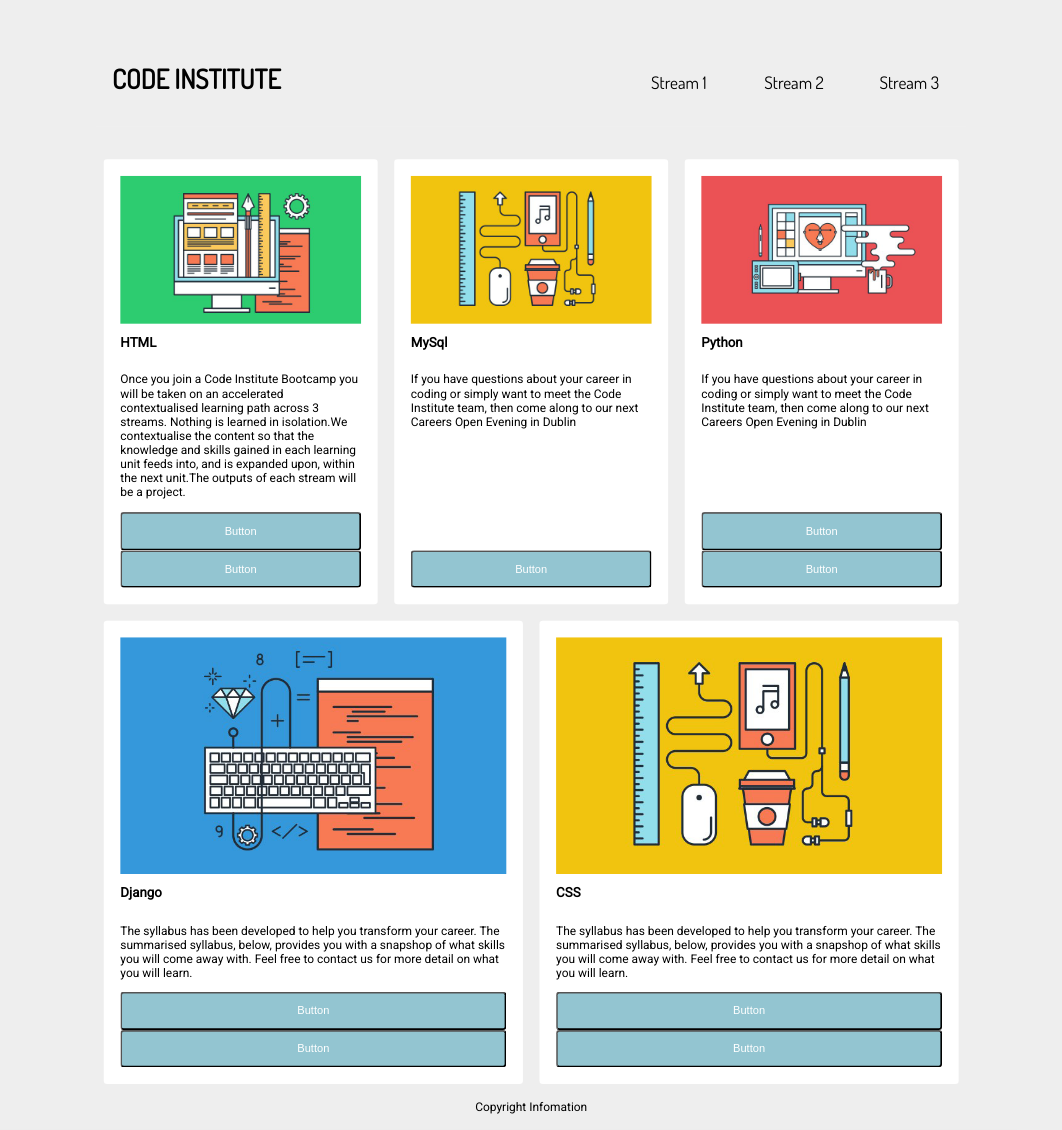
Repository: SOliv1/jquery-events
Page: index.html
The author's editor kept a record of every edit. The page is drawn from the files as they stood at one moment, then again after the next edit.
The browser window is 1280 px wide. The pictures show the whole page, at 83% of full size.
Some web libraries are served in a nearby version.

Above is the page before.

### index.html
<!DOCTYPE html>
<html lang="en">
<head>
    <meta charset="UTF-8">
    <meta name="viewport" content="width=device-width, initial-scale=1">
    <title>jQuery</title>
    <link href="style.css" rel="stylesheet">
    <link href='https://fonts.googleapis.com/css?family=Roboto' rel='stylesheet' type='text/css'>
    <link href='https://fonts.googleapis.com/css?family=Dosis' rel='stylesheet' type='text/css'>
    </head>
<body>
    <div id="container">
        <nav>
            <ul>
                <li id="logoNav">CODE INSTITUTE</li>
                <li id="stream1_btn">Stream 1</li>
                <li id="stream2_btn">Stream 2</li>
                <li id="stream3_btn">Stream 3</li>
            </ul>
        </nav>
        <div class="card stream1">
            <img class="card_image" src="img/3.png" alt="coding icon">
            <div class="card_bottom">
                <h2 class="card_head">HTML</h2>
                <p class="card_para">Once you join a Code Institute Bootcamp you will be taken on an accelerated contextualised learning path across 3 streams. Nothing is learned in isolation.We contextualise the content so that the knowledge and skills gained in each learning
                    unit feeds into, and is expanded upon, within the next unit.The outputs of each stream will be a project. </p>
                <button class="bottom_button">Button</>
                <button class="bottom_button" id="button_effects1">Button</button>
            </div>
        </div>
        <div class="card stream3">
            <img class="card_image" src="img/1.png" alt="coding icon">
            <h2 class="card_head">MySql</h2>
            <p class="card_para">If you have questions about your career in coding or simply want to meet the Code Institute team, then come along to our next Careers Open Evening in Dublin</p>
            <button class="bottom_button">Button</>
            </div>
        <div class="card stream2">
            <img class="card_image" src="img/2.png" alt="coding icon">
            <h2 class="card_head">Python</h2>
            <p class="card_para">If you have questions about your career in coding or simply want to meet the Code Institute team, then come along to our next Careers Open Evening in Dublin</p>
            <button class="bottom_button">Button</>
            <button class="bottom_button" id="button_effects1">Button</button>
        </div>
        <div class="card stream3">
            <img class="card_image" src="img/4.png" alt="coding icon">
            <h2 class="card_head">Django</h2>
            <p class="card_para">The syllabus has been developed to help you transform your career. The summarised syllabus, below, provides you with a snapshop of what skills you will come away with. Feel free to contact us for more detail on what you will learn.</p>
            <button class="bottom_button">Button</>
            <button class="bottom_button" id="button_effects1">Button</button>
        </div>
        <div class="card stream1">
            <img class="card_image" src="img/1.png" alt="coding icon">
            <h2 class="card_head">CSS</h2>
            <p class="card_para">The syllabus has been developed to help you transform your career. The summarised syllabus, below, provides you with a snapshop of what skills you will come away with. Feel free to contact us for more detail on what you will learn.</p>
            <button class="bottom_button">Button</>
             <button class="bottom_button" id="button_effects1">Button</button>
        </div>
        <div id="my_footer">
            <p id="copyright">Copyright Infomation</p>
        </div>
    </div>
    <script src="https://code.jquery.com/jquery-3.2.1.js" integrity="sha256-DZAnKJ/6XZ9si04Hgrsxu/8s717jcIzLy3oi35EouyE=" crossorigin="anonymous"></script>
    <script src="script.js"></script>
    <!-- Scripts located at the bottom of the body to insure page is fully loaded before execution -->
</body>
</html>

### style.css
body {
	font-family: 'Roboto', sans-serif;
	/*background-image: url(img/code-institute.jpg);
 	background-size: cover;
 	color: #ffffff;*/
 	background-color: #eee;

}

h1{
	font-size: 3em;
	text-align: center;
}

h2 {
	font-size: 1em;
	text-align: left;

}



p {
	font-size: .9rem;
}



div {
	border-radius: 4px;
}

.card_image {
	width: 100%;

}

.bottom_button {
	display: flex;
	box-sizing:border-box;
	border-radius: 4px;
	display: block;
	width: 100%;
	background-color:rgba(129, 187, 201,.85);
	text-align: center;
	padding: 1em .75em;
	text-decoration: none;
	color: #fff;

}

.card_bottom {
	display: flex;
	flex-flow:column;
}

.card_head {
	flex:0;
}



.card_para {

	flex:1 0 auto;

}

#container {
	display: flex;		/* makes container a flexbox*/
	flex-flow: row wrap; 	/* layout the boxes in rows and wrap them*/
	box-sizing:border-box;
	margin-right:auto;
	margin-left:auto;
	max-width:1050px;
}

#logo {
	width: 800px;
	margin: auto;
}



.card {

	flex:1; /* */

	display: flex;	/* make the contents controllable by flexbox*/
	flex-flow:column;	/* */
	min-width: 240px; /**/
	margin: 10px;
	padding: 20px;
	background-color: #fff;
}

.highlight_stream {
	background-color: #EB5255;
}

#my_footer {
	width:100%;
	text-align: center;
}



#copyright {
	margin-top:10px;
	margin-bottom:10px;

}

/*************************

Navigation

**************************/

nav {

	font-family: roboto;
	background-color: #eee;
	margin: 30px auto;
	width: 100%;
}

ul {

	display: flex;

	justify-content:space-between;

	flex-flow: row;

	/*flex-flow: row-reverse;*/
	/*justify-content:flex-end;*/
	/*justify-content:space-around;*/
	/*align-items:flex-start;*/
	align-items:baseline;
	border-radius: 10px;
	list-style-type: none; /*Remove Bullets*/
	padding: 0;

}

li {
	flex:1;
	height: 30px;
	/*width:10%;*/
	/*border:2px solid #000;*/
	/*background-color: #81BBC9;*/
	/*border-radius: 10px;*/
	font-family: Dosis;
	padding:20px 20px 20px 20px;
	text-align: center;
	font-size: 1.3em;
}

#logoNav {
	flex:6;
	text-align: left;
	font-size: 2em;
	font-weight: bold;
}

.underline {
    text-decoration:underline;

}



.border {

    border: solid 5px #ccc;

}

@media screen and (max-width: 700px) {
	ul {
		flex-flow: column;
		align-items:center;
    }
	li {
		font-size: 2em;
	}

}

### script.js
$(document).ready(function() {
    -$("#stream1_btn").on("click", function() {
        $(".stream1").show();
        $(".stream1").show(1000);
        $("#button_effects1").click(function(){
        $('#button_effects1').hide('slow');
    });
 });

   $("#stream2_btn").on("click", function() {
        $(".stream1").removeClass('highlight_stream');
        $(".stream2").removeClass('highlight_stream');
        $(".stream3").removeClass('highlight_stream');
        $(".stream2").addClass('highlight_stream');
   });

    $("#stream3_btn").on("click", function() {
        $(".stream1").removeClass('highlight_stream');
        $(".stream2").removeClass('highlight_stream');
        $(".stream3").removeClass('highlight_stream');
        $(".stream3").addClass('highlight_stream');
    });
});

    $(document).ready(function() {
    $("#button_effects1").click(function(){
        $('#par1').toggle('1000');
    });
    $("#button_effects2").click(function(){
        $('#par2').toggle('1000');
    });
    $("#button_effects3").click(function(){
        $('#par3').toggle('1000');
    });
    $("#button_effects4").click(function(){
        $('#par4').toggle('1000');
    });
    $("#button_effects5").click(function(){
        $('#par5').toggle('1000');
    });
    $("#button_effects6").click(function(){
        $('#par6').toggle('1000');
    });
});

    $(document).ready(function() {
    // Create the slideToggle effects each of the paragraphs and
    // buttons
    $("#button_effects1").click(function(){
        $('#par1').slideToggle('1000');
    });
    $("#button_effects2").click(function(){
        $('#par2').slideToggle('1000');
    });
    $("#button_effects3").click(function(){
        $('#par3').slideToggle('1000');
    });
    $("#button_effects4").click(function(){
        $('#par4').slideToggle('1000');
    });
    $("#button_effects5").click(function(){
        $('#par5').slideToggle('1000');
    });
    $("#button_effects6").click(function(){
        $('#par6').slideToggle('1000');
    });
});

// Use the fadeTo effect when the mouse hovers over a specific button
    // and fadeTo again when the mouse is no longer hovering over the button

    $("#button_effects1").mouseenter(function(){
        $('#button_effects1').fadeTo(1000, 0.5);
    });
    $("#button_effects1").mouseleave(function(){
        $('#button_effects1').fadeTo(1000, 1);
    });
    $("#button_effects2").mouseenter(function(){
        $('#button_effects2').fadeTo(1000, 0.5);
    });
    $("#button_effects2").mouseleave(function(){
        $('#button_effects2').fadeTo(1000, 1);
    });
    $("#button_effects3").mouseenter(function(){
        $('#button_effects3').fadeTo(1000, 0.5);
    });
    $("#button_effects3").mouseleave(function(){
        $('#button_effects3').fadeTo(1000, 1);
    });
    $("#button_effects4").mouseenter(function(){
        $('#button_effects4').fadeTo(1000, 0.5);
    });
    $("#button_effects4").mouseleave(function(){
        $('#button_effects4').fadeTo(1000, 1);
    });
    $("#button_effects5").mouseenter(function(){
        $('#button_effects5').fadeTo(1000, 0.5);
    });
    $("#button_effects5").mouseleave(function(){
        $('#button_effects5').fadeTo(1000, 1);
    });
    $("#button_effects6").mouseenter(function(){
        $('#button_effects6').fadeTo(1000, 0.5);
    });
    $("#button_effects6").mouseleave(function(){
        $('#button_effects6').fadeTo(1000, 1);
    });
//waits until page is loaded first

    $(document).ready(function(){
    //applies colour red to paragraphs when clicked on
    $("p").click(function(){
        $("p").addClass("highlight_text");
    });
});

//will add lightblue to h2 elements

    $("h2").hover(function(){
        $("h2").addClass( "h2_color");
    });

    /*
    this will apply larger font size to the active h2 element
    by adding the h2_font_size class but
    not the other h2 elements by removing class h2_font_size from them
    */

    $("#hr_html").hover(function(){
        $("#hr_mysql").removeClass("h2_font_size");
        $("#hr_python").removeClass("h2_font_size");
        $("#hr_jquery").removeClass("h2_font_size");
        $("#hr_django").removeClass("h2_font_size");
        $("#hr_css").removeClass("h2_font_size");
        $("#hr_mysql").removeClass("h2_font_size");
        $("#hr_html").addClass("h2_font_size");
    });

    $("#hr_css").hover(function(){
        $("#hr_mysql").removeClass("h2_font_size");
        $("#hr_python").removeClass("h2_font_size");
        $("#hr_jquery").removeClass("h2_font_size");
        $("#hr_django").removeClass("h2_font_size");
        $("#hr_html").removeClass("h2_font_size");
        $("#hr_css").addClass("h2_font_size");
    });


    //applies colour black to body background when mouse enters over buttons


    $(".bottom_button").mouseenter(function(){
        $("body").css( "background-color", "black");
    });

    //applies colour grey to body background when mouse leaves buttons

    $(".bottom_button").mouseleave(function(){
        $("body").css( "background-color", "#eee");
    });

After the next edit:
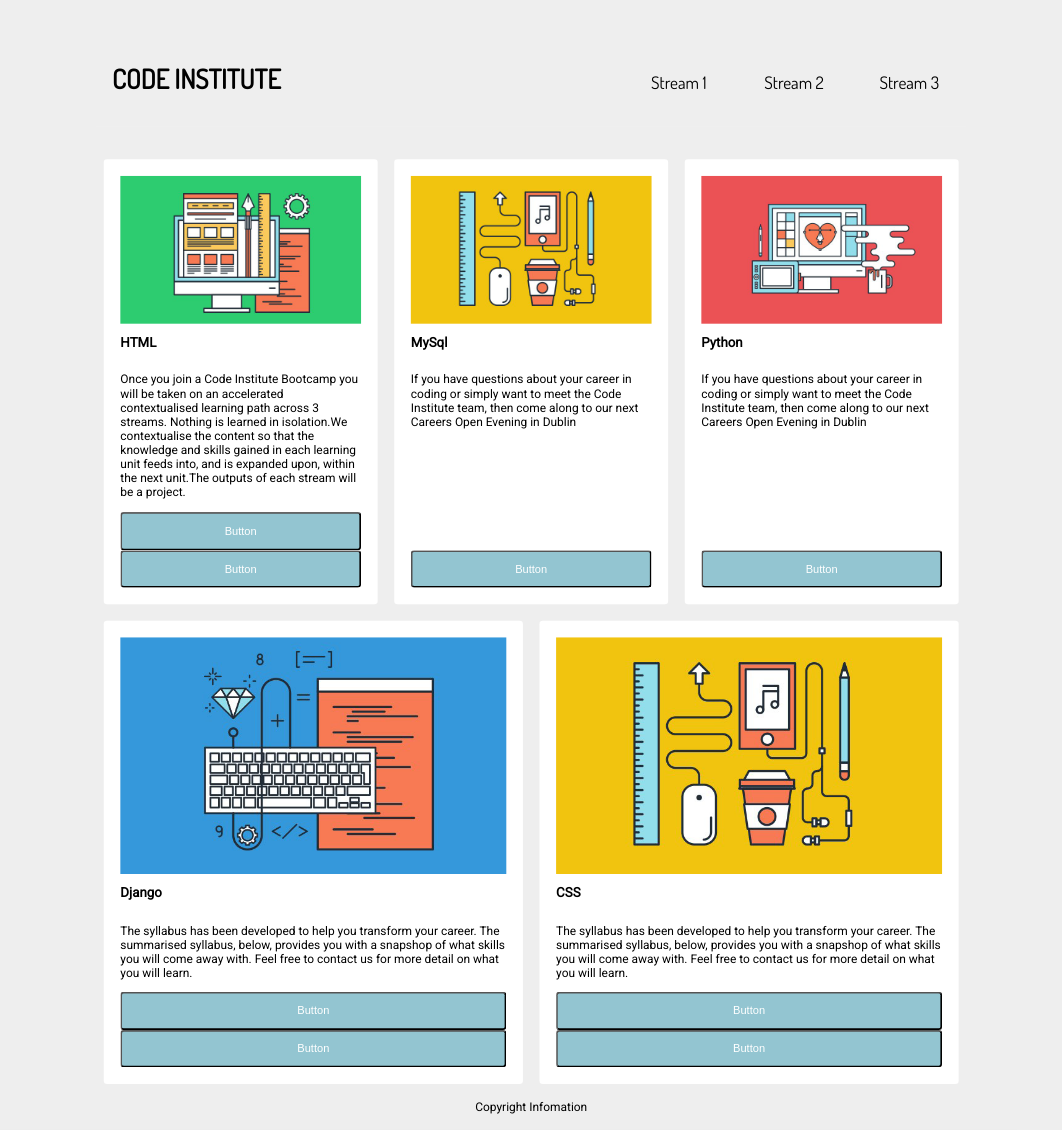
The edit:
--- a/index.html
+++ b/index.html
@@ -39,7 +39,6 @@
             <h2 class="card_head">Python</h2>
             <p class="card_para">If you have questions about your career in coding or simply want to meet the Code Institute team, then come along to our next Careers Open Evening in Dublin</p>
             <button class="bottom_button">Button</>
-            <button class="bottom_button" id="button_effects1">Button</button>
         </div>
         <div class="card stream3">
             <img class="card_image" src="img/4.png" alt="coding icon">
